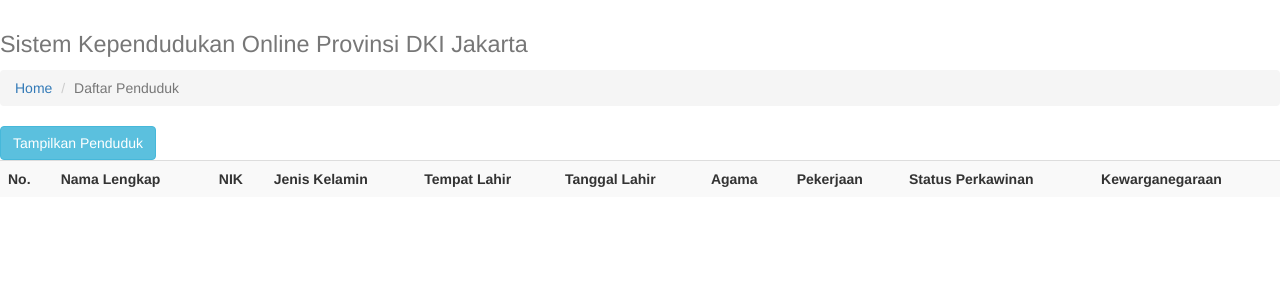
Repository: apap-2017/tugas1_1406544135
Page: http://localhost/list-penduduk
The author's editor kept a copy of each file at every save. The page is drawn from the files as they stood at one save, then again after the next save.
The browser window is 1280 px wide. The pictures show the whole page.
The page is this project's Thymeleaf template; nobody is signed in. The template is opened directly, without the code that normally fills it, so the values that code supplies are empty.

Above is the page before, as saved 2017-10-20 05:15:03.

After the next save:
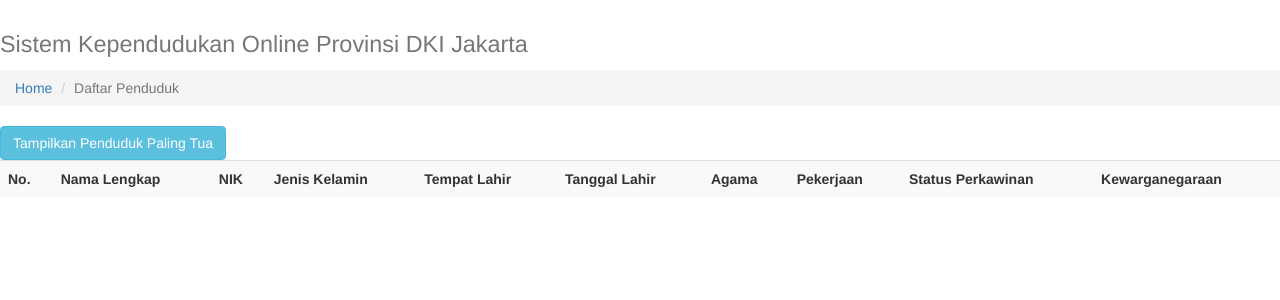
Saved 6 s later.
--- a/Tugas1_1406544135/src/main/resources/templates/list-penduduk.html
+++ b/Tugas1_1406544135/src/main/resources/templates/list-penduduk.html
@@ -15,7 +15,7 @@
 				<li class="active">Daftar Penduduk</li>
 			</ol>
 		</section>
-		<button type="button" class="btn btn-info btn-flat">Tampilkan Penduduk</button>
+		<button type="button" class="btn btn-info btn-flat">Tampilkan Penduduk Paling Tua</button>
 		<table class="table table-striped">
 				<tbody>
 						<tr>
